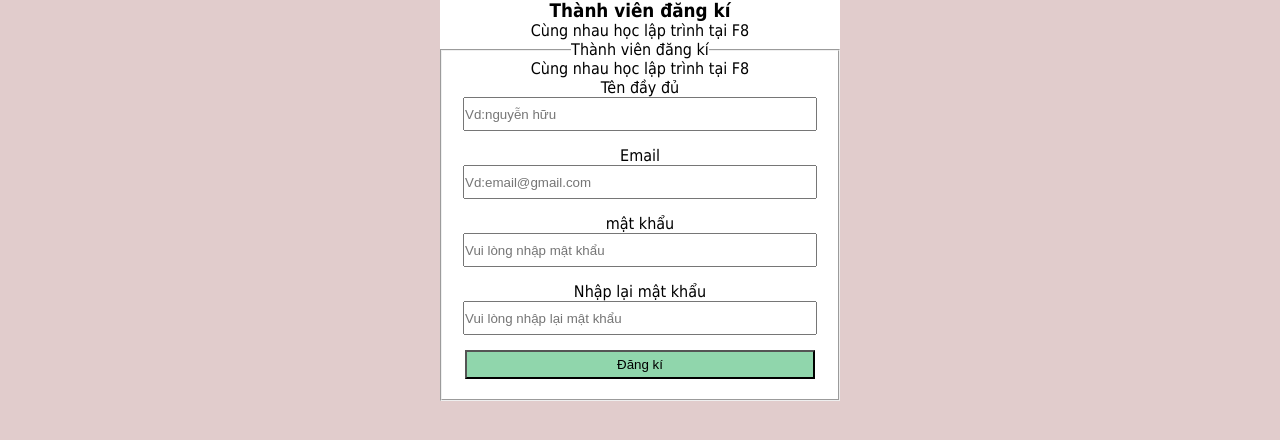
Repository: HuunvDev/Validator
Page: index.html
The author's editor kept a copy of each file at every save. The page is drawn from the files as they stood at one save, then again after the next save.
The browser window is 1280 px wide. The pictures show the whole page.

Above is the page before, as saved 2022-08-20 08:58:00.

After the next save:
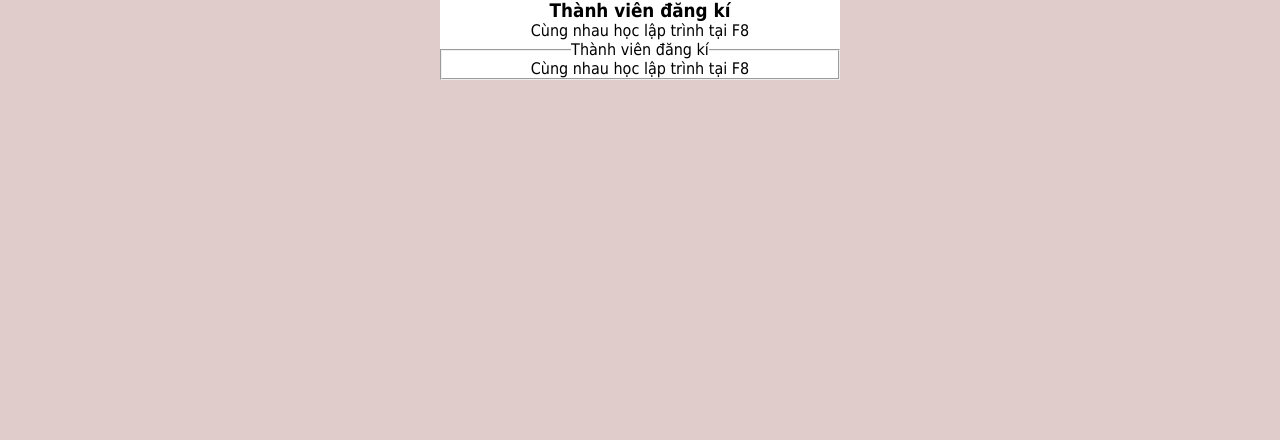
Console error: TypeError: Cannot set properties of null (setting 'onblur')
Saved 19 s later.
--- a/index.html
+++ b/index.html
@@ -20,27 +20,7 @@
         <fieldset>
             <legend>Thành viên đăng kí</legend>
             <p>Cùng nhau học lập trình tại F8</p>
-            <div class="form-group">
-                <label for="fullName" class="form-lable">Tên đầy đủ</label><br>
-                <input type="text" id="fullName" name="fullName" placeholder="Vd:nguyễn hữu"><br>
-                <span class="form-message"></span>
-            </div>
-            <div class="form-group">
-                <label for="email" class="form-lable">Email</label><br>
-                <input type="text" id="email" name="email" placeholder="Vd:email@gmail.com"><br>
-                <span class="form-message"></span>
-            </div>
-            <div class="form-group">
-                <label for="password" class="form-lable">mật khẩu</label><br>
-                <input type="text" id="password" name="password" placeholder="Vui lòng nhập mật khẩu"><br>
-                <span class="form-message"></span>
-            </div>
-            <div class="form-group">
-                <label for="password_confirmation" class="form-lable">Nhập lại mật khẩu</label><br>
-                <input type="text" id="password_confirmation" name="password_confirmation" placeholder="Vui lòng nhập lại mật khẩu"><br>
-                <span class="form-message"></span>
-            </div>
-           <button class="form-submit">Đăng kí</button>
+
         </fieldset>
     </form>
 

After the 2 saves that followed:
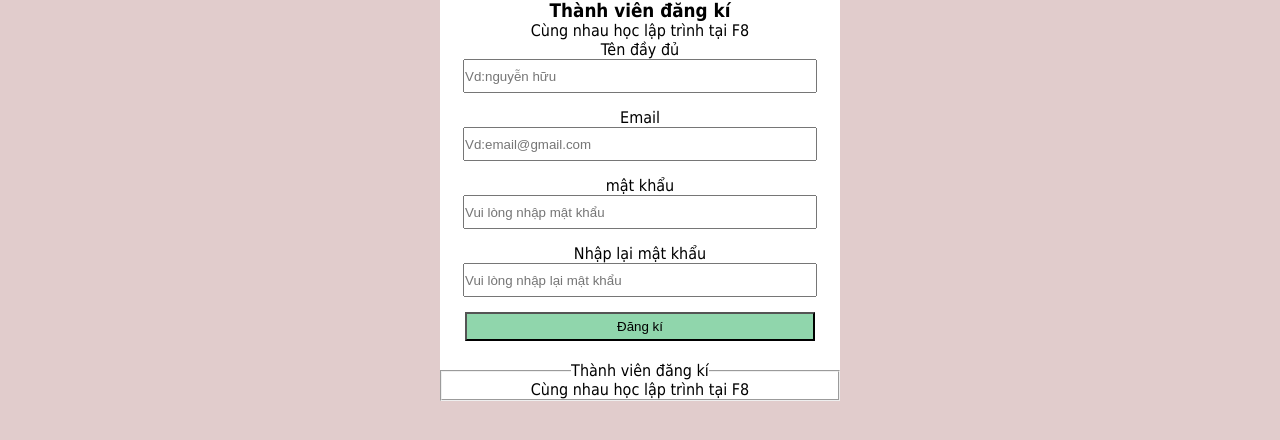
The error is gone.
The 2 saves are shown as one change because they came seconds apart.
The last was saved 9 s later.
--- a/index.html
+++ b/index.html
@@ -13,7 +13,27 @@
             <h3 class="heading">Thành viên đăng kí</h3>
             <p class="desc">Cùng nhau học lập trình tại F8</p>
             <div class="pacer"></div>
-
+            <div class="form-group">
+                <label for="fullName" class="form-lable">Tên đầy đủ</label><br>
+                <input type="text" id="fullName" name="fullName" placeholder="Vd:nguyễn hữu"><br>
+                <span class="form-message"></span>
+            </div>
+            <div class="form-group">
+                <label for="email" class="form-lable">Email</label><br>
+                <input type="text" id="email" name="email" placeholder="Vd:email@gmail.com"><br>
+                <span class="form-message"></span>
+            </div>
+            <div class="form-group">
+                <label for="password" class="form-lable">mật khẩu</label><br>
+                <input type="text" id="password" name="password" placeholder="Vui lòng nhập mật khẩu"><br>
+                <span class="form-message"></span>
+            </div>
+            <div class="form-group">
+                <label for="password_confirmation" class="form-lable">Nhập lại mật khẩu</label><br>
+                <input type="text" id="password_confirmation" name="password_confirmation" placeholder="Vui lòng nhập lại mật khẩu"><br>
+                <span class="form-message"></span>
+            </div>
+           <button class="form-submit">Đăng kí</button>
         </form>
     </div>
     <form action="register" name ="form-name">
